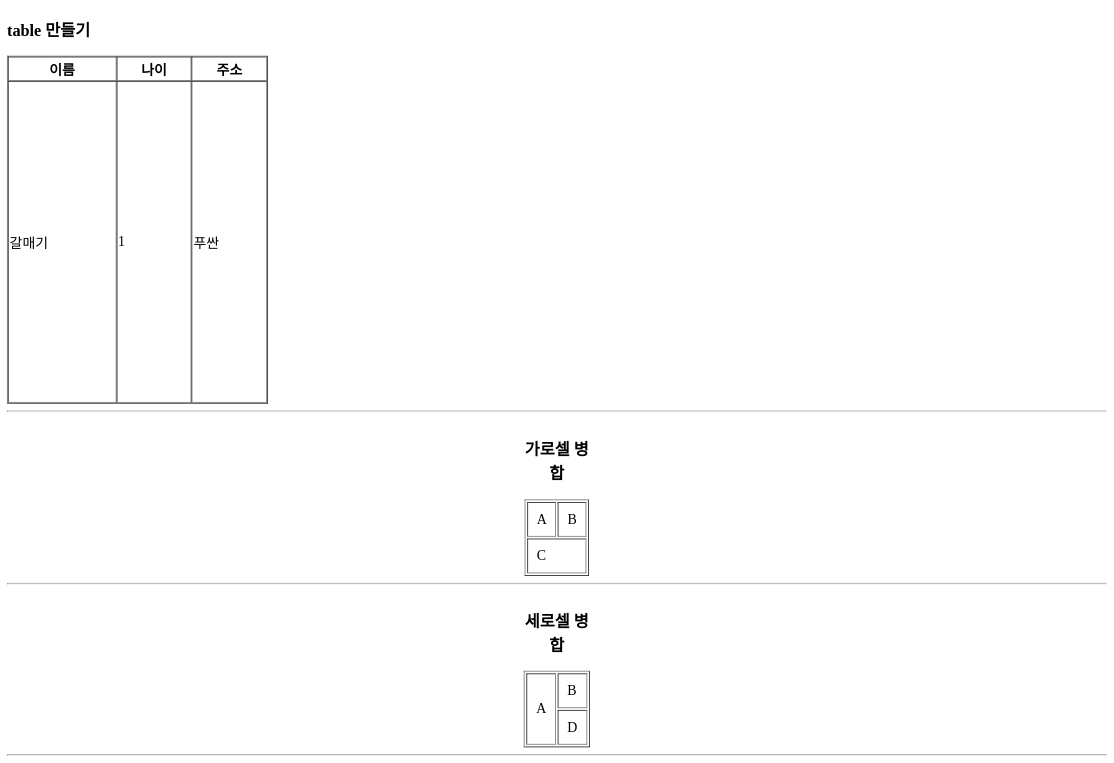
Repository: JeongHyeongKim/practice_myself
Page: Si_basic/WebProject/setp01_HTMLCS/WebContent/HTML/ex03_tableTag.html
An editor plug-in stored every save of this project. The page is shown before and after the next save, followed by the edit.
The browser window is 1280 px wide. The pictures show the whole page, at 87% of full size.

Above is the page before, as saved 2019-04-22 04:38:08.

### Si_basic/WebProject/setp01_HTMLCS/WebContent/HTML/ex03_tableTag.html
<!DOCTYPE html>
<html>
	<head>
		<meta charset="UTF-8">
		<title>Table Tag</title>
	</head>
	<body>
		<h3>table 만들기</h3>
		<table border="1" height="400" width="300" cellspacing="0">
			<thead>
				<tr>
					<th>이름</th>
					<th>나이</th>
					<th>주소</th>
				</tr>
			</thead>
			<tbody>
				<tr>
					<td>갈매기</td>
					<td>1</td>
					<td>푸싼</td>
				</tr>
			</tbody>
		</table>


		<hr>

		<table border="1" cellpadding="10" align="center">
			<caption><h3>가로셀 병합</h3></caption>
			<tbody>
				<tr>
					<td>A</td>
					<td>B</td>
				</tr>
				<tr>
					<td colspan="2">C</td>
					<!--<td>D</td>-->
				</tr>
			</tbody>
		</table>
		<hr>


		<table border="1" cellpadding="10" align="center">
			<caption><h3>세로셀 병합</h3></caption>
			<tbody>
				<tr>
					<td rowspan="2">A</td>
					<td>B</td>
				</tr>
				<tr>
					<!-- <td>C</td> -->
					<td>D</td>
				</tr>
			</tbody>
		</table>
		<hr>
	</body>
</html>

After the next save:
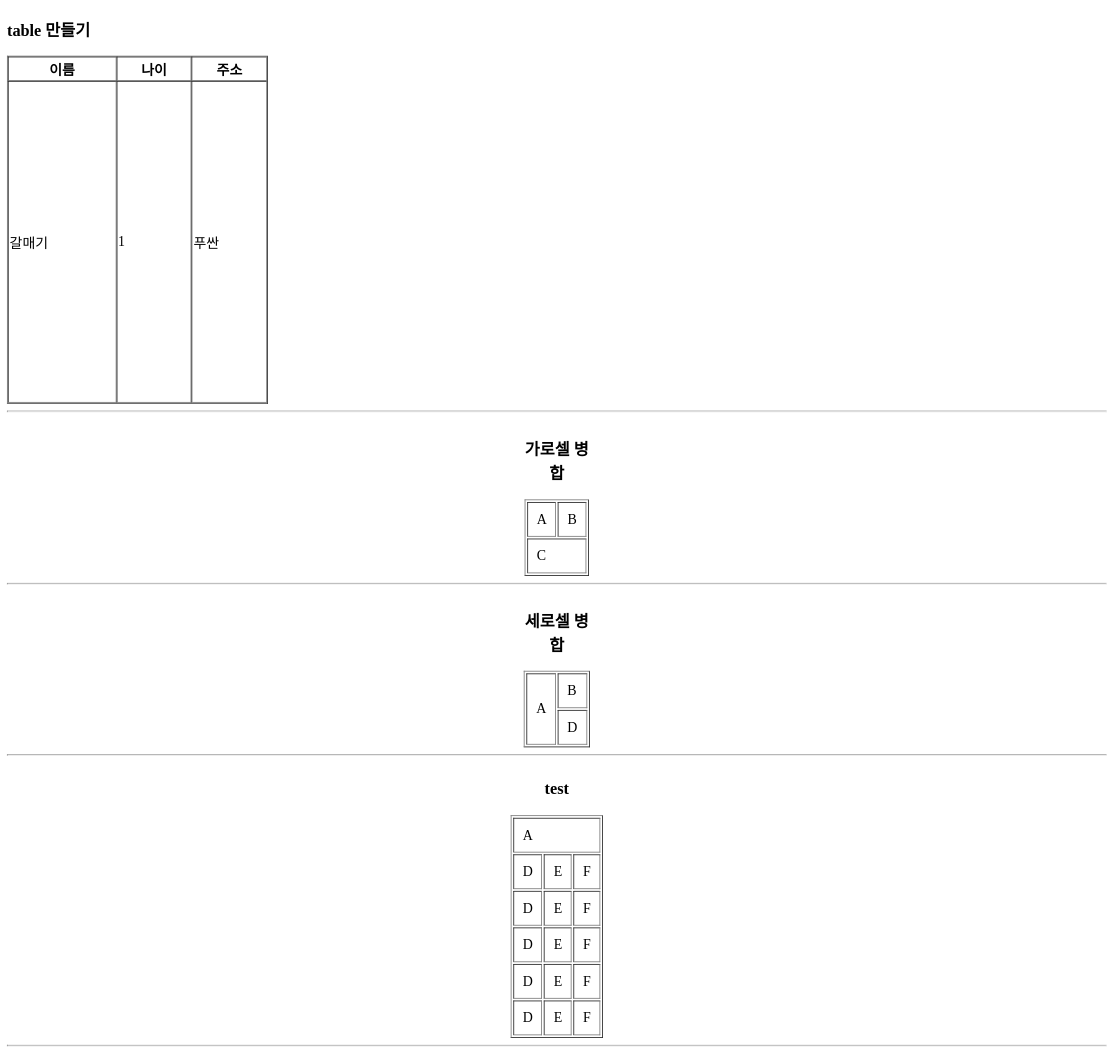
Saved 3 min 35 s later.
--- a/Si_basic/WebProject/setp01_HTMLCS/WebContent/HTML/ex03_tableTag.html
+++ b/Si_basic/WebProject/setp01_HTMLCS/WebContent/HTML/ex03_tableTag.html
@@ -56,5 +56,42 @@
 			</tbody>
 		</table>
 		<hr>
+
+		<table border="1" cellpadding="10" align="center">
+			<caption><h3>test</h3></caption>
+			<tbody>
+				<tr>
+					<td colspan="3">A</td>
+
+				</tr>
+				<tr>
+					<td>D</td>
+					<td>E</td>
+					<td>F</td>
+				</tr>
+				<tr>
+					<td>D</td>
+					<td>E</td>
+					<td>F</td>
+				</tr>
+				<tr>
+					<td>D</td>
+					<td>E</td>
+					<td>F</td>
+				</tr>
+				<tr>
+					<td>D</td>
+					<td>E</td>
+					<td>F</td>
+				</tr>
+				<tr>
+					<td>D</td>
+					<td>E</td>
+					<td>F</td>
+				</tr>
+			</tbody>
+		</table>
+		<hr>
+
 	</body>
 </html>
